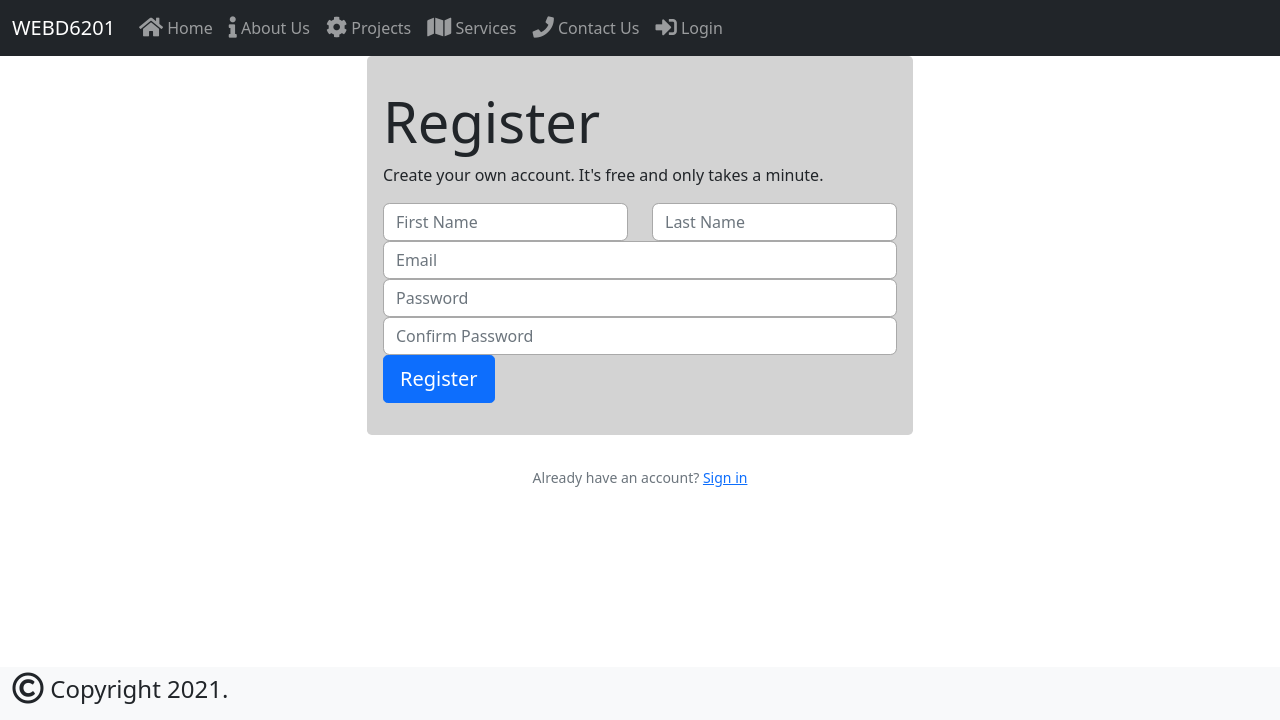
Repository: GarlicButterBoy/WEBD6201-ICE06
Page: register.html
These files come from the project's save history. The page is drawn as it stood at one moment and after the next save; the edit follows.
The browser window is 1280 px wide. The pictures show the whole page.

Above is the page before, as saved 2021-03-03 09:01:21.

After the next save:
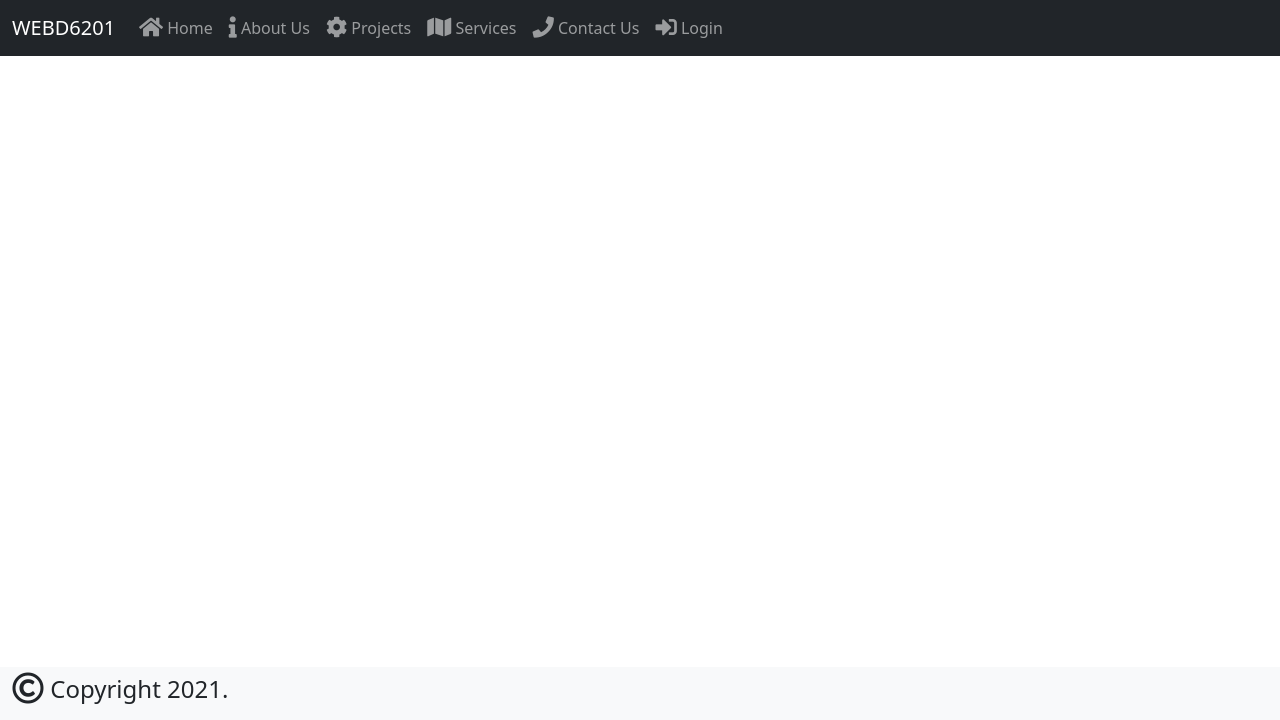
Saved 24 s later.
--- a/register.html
+++ b/register.html
@@ -51,70 +51,7 @@
 
     <!-- Main Content -->
     <main class="container" id="mainContent">
-      <div class="row">
-          <div class="offset-md-3 col-md-6 col-sm-12">
-                <div class="login" id="contentArea">
-                    <h1 class="display-4">Register</h1>
-                    <form id="registerForm" novalidate>
-                      <p class="hint-text">Create your own account. It's free and only takes a minute.</p>
 
-                      <div id="messageArea"></div>
-
-                      <div class="form-group">
-                        <div class="row">
-                          <div class="col-md-6">
-                            <input class="form-control" type="text" name="firstName" id="firstName" placeholder="First Name" required>
-                          </div>
-                          <div class="col-md-6">
-                            <input class="form-control" type="text" name="lastName" id="lastName" placeholder="Last Name" required>
-                          </div>
-                        </div>
-                      </div>
-
-
-                      <div class="form-group">
-                        <div class="row">
-                          <div class="col-md-12">
-                            <input type="email" class="form-control" id="emailAddress" name="emailAddress" required
-                            value="" placeholder="Email">
-                          </div>
-                        </div>
-
-                      </div>
-
-                      <div class="form-group">
-                        <div class="row">
-                          <div class="col-md-12">
-                            <input type="password" class="form-control" id="password" name="password"  required
-                            value="" placeholder="Password">
-                          </div>
-                        </div>
-
-                      </div>
-
-                      <div class="form-group">
-                        <div class="row">
-                          <div class="col-md-12">
-                            <input type="password" class="form-control" id="confirmPassword" name="confirmPassword"  required
-                            value="" placeholder="Confirm Password">
-                          </div>
-                        </div>
-
-                      </div>
-
-
-                      <div class="text-right">
-                        <button id="submitButton" type="submit" class="btn btn-primary btn-lg">Register</button>
-                      </div>
-                    </form>
-
-                </div>
-                <p class="text-center text-muted small">
-                  Already have an account?
-                  <a href="login.html">Sign in</a>
-                </p>
-          </div>
-      </div>
   </main>
 
     <!-- Main Footer -->
